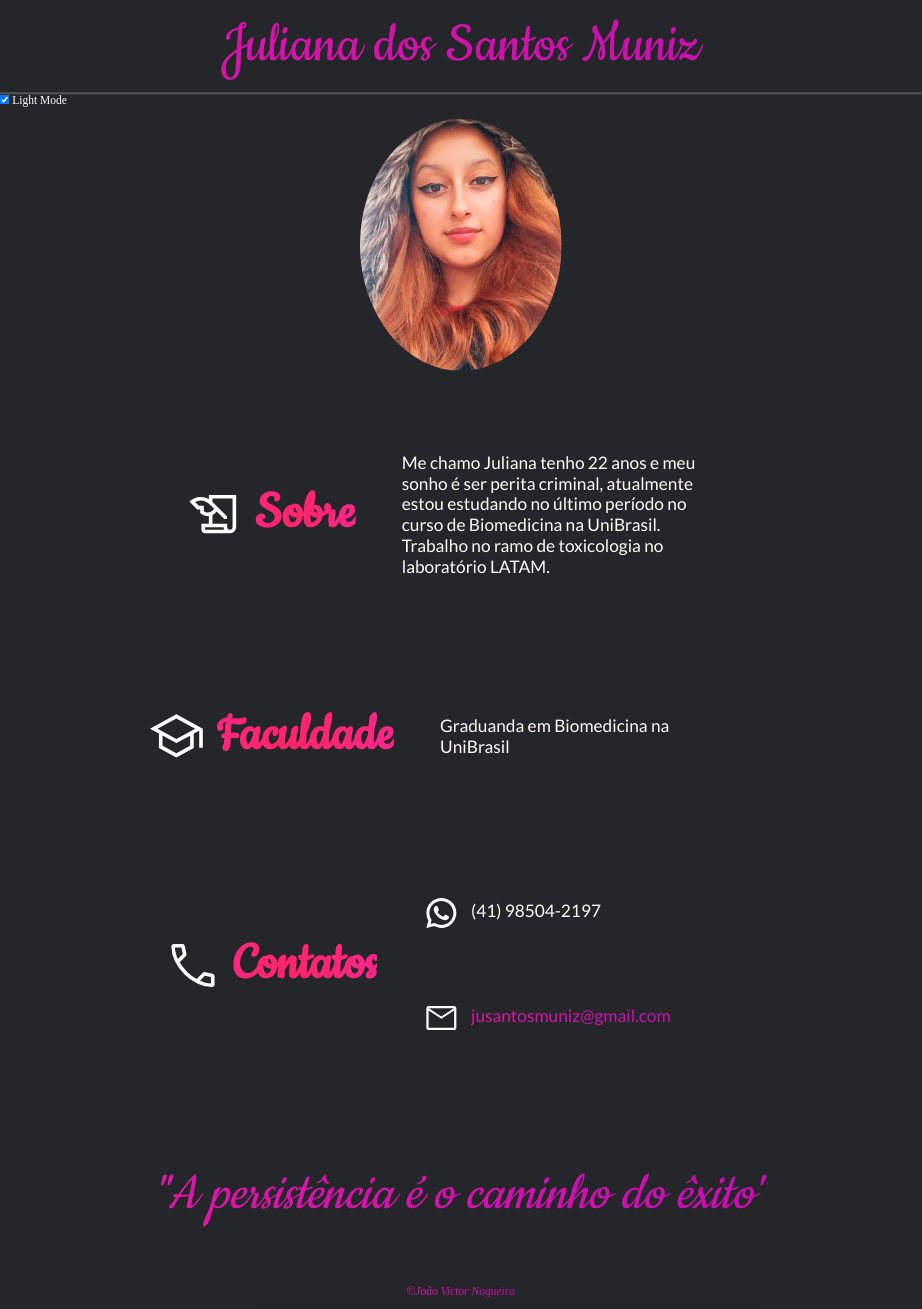
Repository: joaovnogueira/Portfolio-Juliana
Page: src/index.html
The author's editor kept a copy of each file at every save. The page is drawn from the files as they stood at one save, then again after the next save.
The browser window is 1280 px wide. The pictures show the whole page, at 72% of full size.
After loading, the first visible `#switch` was changed once.
The style sheet was rebuilt from its Sass, Less or Tailwind sources for each picture, by a compiler version that may differ from the author's.

Above is the page before, as saved 2022-07-14 14:24:08.

After the next save:
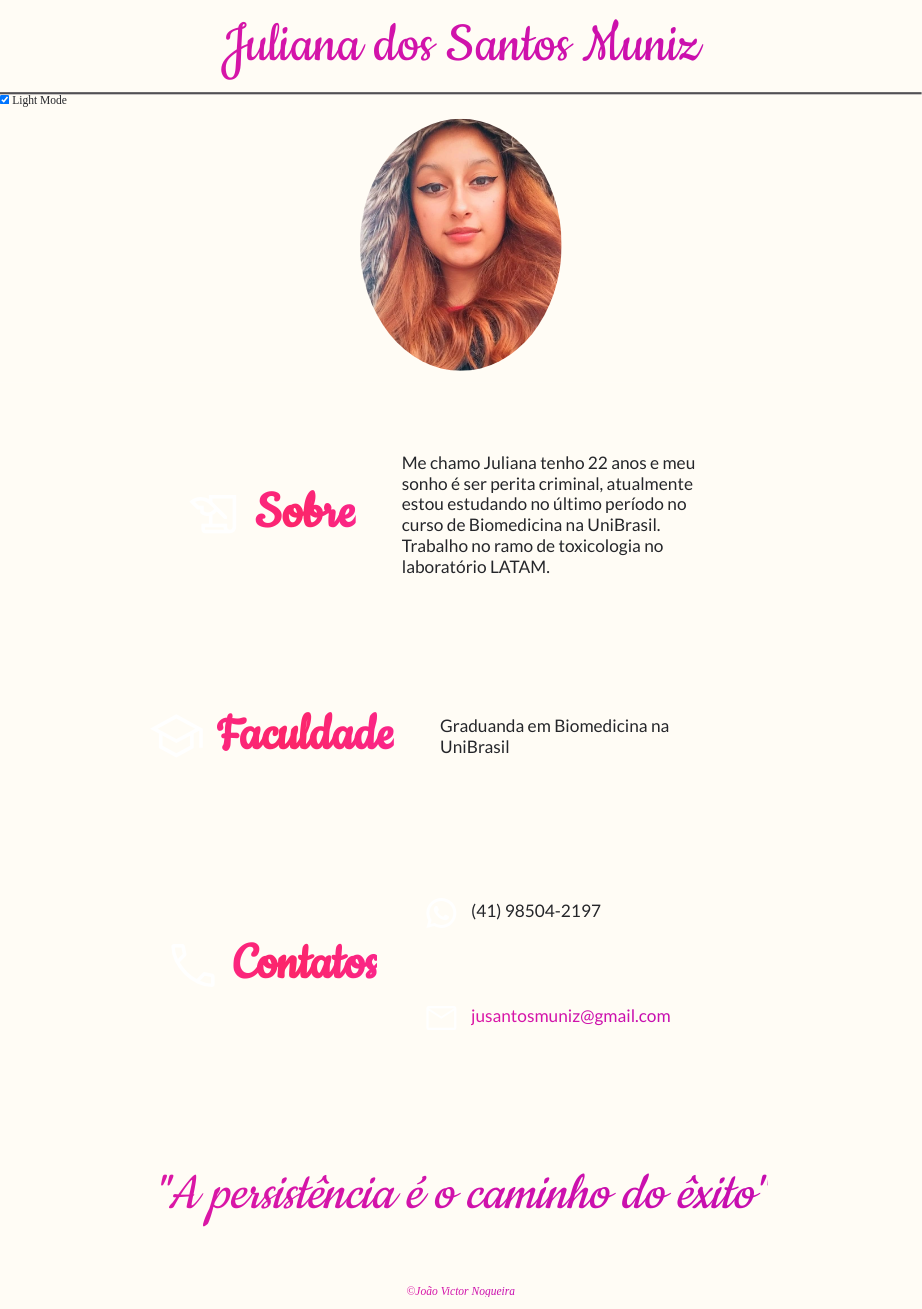
Saved 8 s later.
--- a/src/index.js
+++ b/src/index.js
@@ -2,5 +2,5 @@ const $html = document.querySelector('html')
 const $checkbox= document.querySelector('#switch')
 
 $checkbox.addEventListener('change', function(){
-    $html.classList.toggle('dark-mode')
+    $html.classList.toggle('light-mode')
 })
